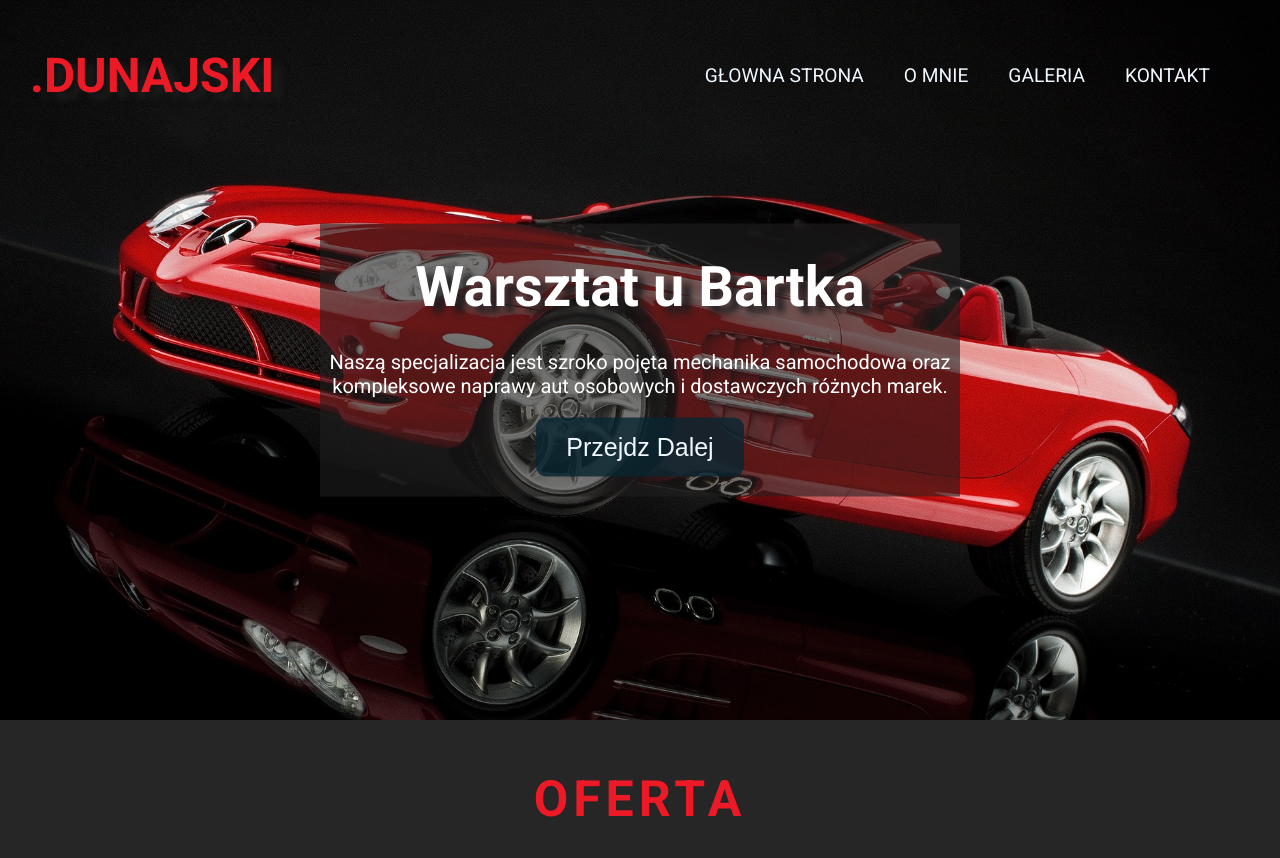
Repository: emas130/car-workshop-website
Page: index.html
These files come from the project's save history. The page is drawn as it stood at one moment and after the next save; the edit follows.
The browser window is 1280 px wide. The pictures show the part of the page from y = 0 to 858 px (the page is 1578 px tall).
A picture or video elsewhere on the page could not be fetched, so the positions and the page height are approximate. Some web libraries are served in a nearby version.

Above is the page before, as saved 2018-09-27 19:15:46.

After the next save:
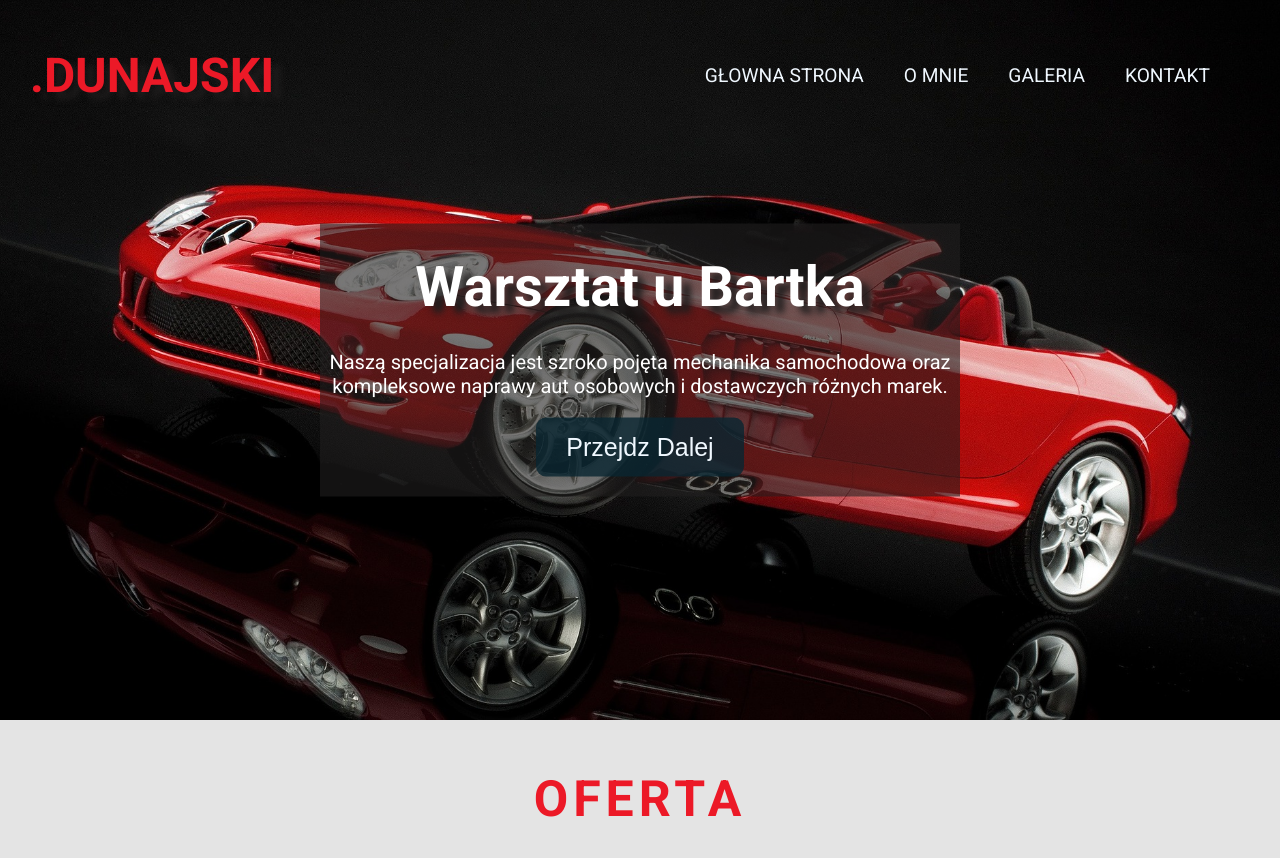
Saved 38 s later.
--- a/style.css
+++ b/style.css
@@ -111,7 +111,7 @@ button {
 .wraper {
 	margin: 0 auto;
 	text-align: center;
-	background: #262626;
+	background-attachment: scroll;
 }
 
 .wraper h1 {
